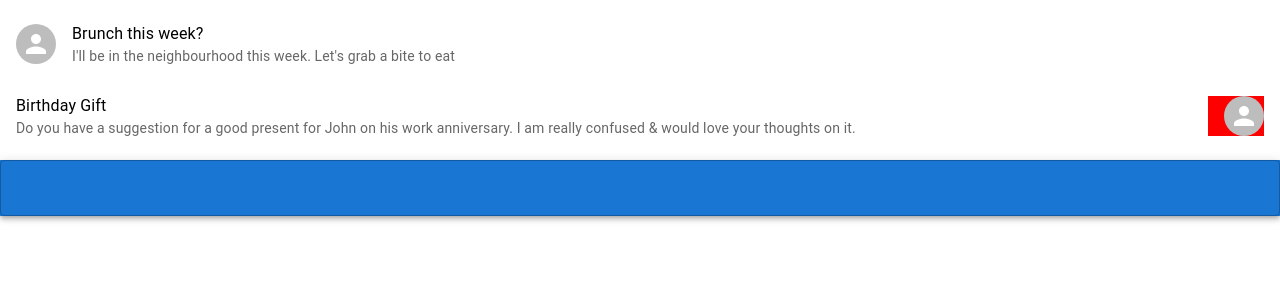
Repository: background-position/midway-react
Page: /chart
The author's editor kept a copy of each file at every save. The page is drawn from the files as they stood at one save, then again after the next save.
The browser window is 1280 px wide. The pictures show the whole page.
The project was rebuilt for these pictures with package versions that can differ from the ones it lists, and the page was loaded fresh each time. Also part of the build but not shown: vite.config.ts, src/service/apis/lambda/index.ts, src/client/pages/login/login.tsx, src/client/pages/register/register.tsx.

Above is the page before, as saved 2021-12-31 18:06:51.

After the next save:
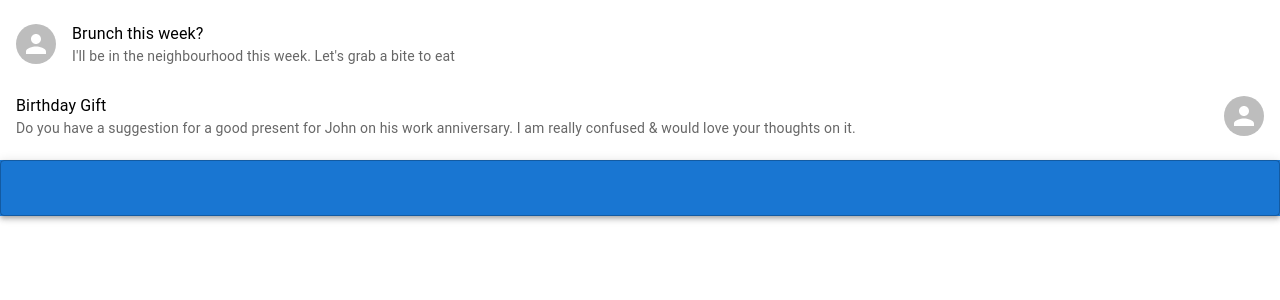
Saved 6 s later.
--- a/src/client/pages/chart/components/chart.tsx
+++ b/src/client/pages/chart/components/chart.tsx
@@ -24,7 +24,6 @@ import { makeStyles } from '@material-ui/styles';
 interface PageProps {}
 const useStyles = makeStyles({
     root: {
-        backgroundColor: 'red',
         display: 'flex',
         justifyContent: 'flex-end',
     },
